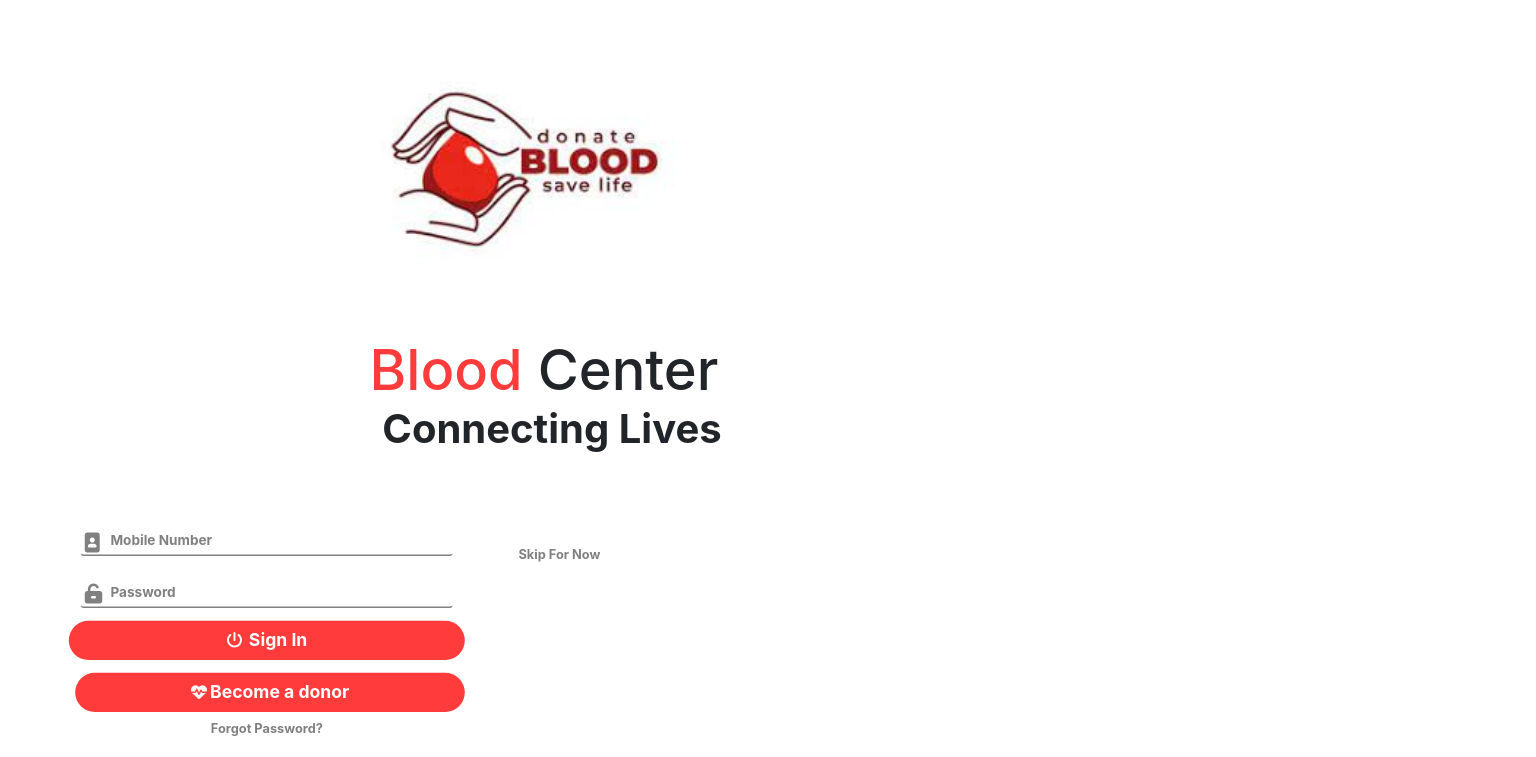
Repository: syedali042/jbds
Page: /
The author's editor kept a copy of each file at every save. The page is drawn from the files as they stood at one save, then again after the next save.
The browser window is 1280 px wide. The page is 1920 px wide, then 1280 px, so the pictures cover 1920 px, including what lies to the right of the window. The pictures show the whole page, at 80% of full size.
Some web libraries are served in a nearby version. The project was rebuilt for these pictures with package versions that can differ from the ones it lists, and the page was loaded fresh each time. Also part of the build but not shown: src/components/Header.js, src/components/About.js, src/components/Register.js, src/components/Header2.js, src/components/Home.js, src/components/Header4.js, src/components/Request.js, src/components/Header3.js and 1 more.

Above is the page before, as saved 2021-11-09 20:41:17.

### public/index.html
<!DOCTYPE html>
<html lang="en">
  <head>
    <meta charset="utf-8" />
    <link rel="icon" href="%PUBLIC_URL%/favicon.ico" />
    <meta name="viewport" content="width=device-width, initial-scale=1" />
    <meta name="theme-color" content="#000000" />
    <meta
      name="description"
      content="Web site created using create-react-app"
    />
    <!--FontAwesome-->
    <script src="https://kit.fontawesome.com/f4576591a8.js" crossorigin="anonymous"></script>
    <!--FontAwesome ends-->
    <!--bootstrap-->
    <link rel="stylesheet" href="https://maxcdn.bootstrapcdn.com/bootstrap/4.0.0/css/bootstrap.min.css"
      integrity="sha384-Gn5384xqQ1aoWXA+058RXPxPg6fy4IWvTNh0E263XmFcJlSAwiGgFAW/dAiS6JXm" crossorigin="anonymous">
    <!--bootstrap ends-->
    <link rel="apple-touch-icon" href="%PUBLIC_URL%/logo192.png" />
    <!--
      manifest.json provides metadata used when your web app is installed on a
      user's mobile device or desktop. See https://developers.google.com/web/fundamentals/web-app-manifest/
    -->
    <link rel="manifest" href="%PUBLIC_URL%/manifest.json" />
    <!--
      Notice the use of %PUBLIC_URL% in the tags above.
      It will be replaced with the URL of the `public` folder during the build.
      Only files inside the `public` folder can be referenced from the HTML.

      Unlike "/favicon.ico" or "favicon.ico", "%PUBLIC_URL%/favicon.ico" will
      work correctly both with client-side routing and a non-root public URL.
      Learn how to configure a non-root public URL by running `npm run build`.
    -->
    <title>React App</title>
  </head>
  <body>
    <noscript>You need to enable JavaScript to run this app.</noscript>
    <div id="root"></div>
    <!--Jquery-->
    <script src="https://code.jquery.com/jquery-3.2.1.slim.min.js"
      integrity="sha384-KJ3o2DKtIkvYIK3UENzmM7KCkRr/rE9/Qpg6aAZGJwFDMVNA/GpGFF93hXpG5KkN" crossorigin="anonymous"></script>
    <script src="https://cdnjs.cloudflare.com/ajax/libs/popper.js/1.12.9/umd/popper.min.js"
      integrity="sha384-ApNbgh9B+Y1QKtv3Rn7W3mgPxhU9K/ScQsAP7hUibX39j7fakFPskvXusvfa0b4Q" crossorigin="anonymous"></script>
    <script src="https://maxcdn.bootstrapcdn.com/bootstrap/4.0.0/js/bootstrap.min.js"
      integrity="sha384-JZR6Spejh4U02d8jOt6vLEHfe/JQGiRRSQQxSfFWpi1MquVdAyjUar5+76PVCmYl" crossorigin="anonymous"></script>
    <!--Jquery ends-->
  </body>
</html>

### src/App.js
import './App.css';
import Login from './components/Login';
import About from './components/About';
import Register from './components/Register';
import Home from './components/Home';
import Request from './components/Request';
import Create from './components/Create';
import {
  BrowserRouter as Router,
  Switch,
  Route,
  Link
} from "react-router-dom";


function App() {
  return (
    <Router>
      <Switch>
        <Route path="/About">
          <About/>
        </Route>
        <Route path="/Login">
          <Login />
        </Route>
        <Route path="/Register">
          <Register />
        </Route>
        <Route path="/Create">
          <Create />
        </Route>
        <Route path="/Request">
          <Request />
        </Route>
        <Route path="/Home">
          <Home />
        </Route>
        <Route path="/">
          <Login />
        </Route>
      </Switch>
    </Router>
  );
}

export default App;

### src/App.css
*{
  margin: 0;
  padding: 0;
}
.con{
  font-size: 25px;
  font-weight: bold;
  position: relative;
  bottom: 35px;
  padding: 5px;
}
.em{
  border: none;
  border-bottom: 2px solid gray;
}
.pass{
  border: none;
  border-bottom: 2px solid gray;
}
.placehorder::placeholder {
  font-weight: bolder;
  color: gray;
  position: relative;
  left: 25px;
  font-size: 17px;
}
.forgot{
  color: gray;
  font-weight: bolder;
}
.login{
  color: gray;
  font-weight: bolder;
}
.fa-portrait{
  font-size: 20px;
  position: relative;
  top: 30px;
  left: 5px;
  color: gray;
}
.fa-unlock-alt{
   font-size: 20px;
  position: relative;
  top: 30px;
  left: 5px;
  color: gray;
}
.sign{
  width: 230px;
  position: relative;
  font-size: 22px;
  border-radius: 30px;
  background-color: #FF3B3B;
  color: white;
  font-weight: bolder;
  border: none;
}
.fa-power-off{
  font-size: 20px;
  position: relative;

  color: white ;
}
.donor{
  width: 230px;
  position: relative;
  font-size: 22px;
  border-radius: 30px;
  background-color: #FF3B3B;
  color: white;
  font-weight: bolder;
  border: none;
  letter-spacing: o.1;
}
.fa-heartbeat{
   font-size: 20px;
  position: relative;

  color: white ;
}
@media screen and (max-width: 440px){

  .con{
  font-size: 20px;
  font-weight: bold;
  position: relative;
  bottom: 35px;
  padding: 5px;
}
.blood{
  font-size: 27px;
}
.formik{
  position: relative;
  bottom: 50px;
}
.pass{
  border: none;
  border-bottom: 2px solid gray;

}

.donor{
  width: 210px;
  position: relative;
  font-size: 22px;
  border-radius: 30px;
  background-color: #FF3B3B;
  color: white;
  font-weight: bolder;
  border: none;
  letter-spacing: o.1;
}
.sign{
  width: 210px;
  position: relative;
  font-size: 22px;
  border-radius: 30px;
  background-color: #FF3B3B;
  color: white;
  font-weight: bolder;
  border: none;
}

}
@media screen and (min-width: 768px){


  .img{
  position: relative;
  width: 400px;
  left: 40px;
}
  .con{
  font-size: 50px;
  font-weight: bold;
  position: relative;
  bottom: 35px;
  padding: 5px;
  left: 50px;
}
.blood{
  font-size: 70px;
  position: relative;
  left: 40px;
}

.name{
  border: none;
  border-bottom: 2px solid gray;
   margin-top: 10px;
  height: 70px;
}


.adress{
    border: none;
  border-bottom: 2px solid gray;
   margin-top: 10px;
  height: 70px;
}
input::placeholder {
  font-weight: bolder;
  color: gray;
  position: relative;
  left: 45px;
  font-size: 30px;
}
.fa-portrait{
  font-size: 25px;
  position: relative;
  top: 37px;
  left: 5px;
  color: gray;
}
.fa-unlock-alt{
   font-size: 25px;
  position: relative;
  top: 35px;
  left: 5px;
  color: gray;
}
.fa-mobile-alt{
    font-size: 30px;
  position: relative;
  top: 55px;
  left: 5px;
  color: gray;
}
.fa-map-marker-alt{
   font-size: 30px;
  position: relative;
  top: 55px;
  left: 5px;
  color: gray;
}
.fa-disease{
 font-size: 30px;
  position: relative;
  top: 55px;
  left: 5px;
  color: gray;
}

.sign{
  width: 300px;
  position: relative;
  font-size: 22px;
  border-radius: 30px;
  background-color: #FF3B3B;
  color: white;
  font-weight: bolder;
  border: none;
}

.donor{
  width: 300px;
  position: relative;

  font-size: 22px;
  border-radius: 30px;
  background-color: #FF3B3B;
  color: white;
  font-weight: bolder;
  border: none;
  letter-spacing: o.1;
}

}
.header{
  background-color: #FF3B3B;
  padding: 3px;
}
.fa-chevron-left{
  color: white;
}
.profile{
  color: white;

}
.kelly{
  font-size: 23px;
  font-weight: bolder;
}
.girl{
  width: 70px;
  border-radius: 50px;
  margin-left: 50px;
  position: relative;
  bottom: 10px;
}
.r1{
  margin-top: 40px;
}

.name{
  border: none;
  border-bottom: 2px solid gray;
}
.num{
   border: none;
  border-bottom: 2px solid gray;
}
.adress{
    border: none;
  border-bottom: 2px solid gray;
}
.r2{
  background-color: rgb(247, 238, 238);
  border-radius: 15px;
  border: 1px solid transparent;
}
.update{

  position: relative;
  font-size: 22px;
  border-radius: 30px;
  background-color: #FF3B3B;
  color: white;
  font-weight: bolder;
  border: none;
}
.fa-mobile-alt{
   font-size: 20px;
  position: relative;
  top: 30px;
  left: 5px;
  color: gray;
}
.bloodGroup{
   border: none;
  border-bottom: 2px solid gray;
}
.fa-disease{
  font-size: 20px;
  position: relative;
  top: 30px;
  left: 5px;
  color: gray;
}
.city{
  border: none;
  border-bottom: 2px solid gray;
}
.fa-map-marker-alt{
  font-size: 20px;
  position: relative;
  top: 30px;
  left: 5px;
  color: gray;
}
.fa-arrow-right{
   font-size: 30px;
  position: relative;
 top: 5px;
  color:white;
}
.bodyOfHeader2{
   background-color: #FF3B3B;
   color: white;
}
.fa-search{
  position: relative;
  left: 90%;
  bottom: 30px;
  color: gray;
  font-size: 25px;
}
.groups{
 display: flex;
 margin-left: 5px;
}
.groups >div {
  background-color: #FF3B3B;
  width: 30px;
  margin: 7px;
  text-align: center;
  font-size: 20px;
  color: white;
  border-radius: 5px;
}
.HomeRow{
  border-bottom: 1px solid gray;
}
.sidebar{
  width: 60%;
  height: 100vh;
  position: absolute;
  background-color: #FF3B3B ;
  z-index: 1;
}
.create{
  color: white;
  margin-right: 30px;
}
.conReq{
  margin-top: 20px;
  background-color: rgb(216, 220, 230);
  border-radius: 5px;
}

### src/components/Login.js
import React from 'react';
import {Formik} from 'formik';


function Login() {
    return (

            <div className="container">
                <div className="d-flex align-items-center justify-content-center">
                    <div>
                        <img src="./images/download.jfif" alt="there is no image" className="img"/>
                        <h2 className="blood text-center"><span style={{color:'#FF3B3B'}}>Blood</span> Center</h2><br>
                        </br>
                        <h5 className="con text-center">Connecting Lives</h5>
                    </div>
                </div>
                <div className="container">
                    <div className="row p-3">
                        <div>
                            <Formik
                                initialValues={{ email: '', password: '' }}
                                validate={values => {
                                    const errors = {};
                                    if (!values.email) {
                                        errors.email = 'Required';
                                    } else if (
                                        !/^[A-Z0-9._%+-]+@[A-Z0-9.-]+\.[A-Z]{2,}$/i.test(values.email)
                                    ) {
                                        errors.email = 'Invalid email address';
                                    }
                                    return errors;
                                }}
                                onSubmit={(values, { setSubmitting }) => {
                                    setTimeout(() => {
                                        alert(JSON.stringify(values, null, 2));
                                        setSubmitting(false);
                                    }, 400);
                                }}
                            >
                                {({
                                    values,
                                    errors,
                                    touched,
                                    handleChange,
                                    handleBlur,
                                    handleSubmit,
                                    isSubmitting,
                                    /* and other goodies */
                                }) => (
                                <form onSubmit={handleSubmit} className="formik">
                                    <i className="fas fa-portrait"></i>
                                        <input
                                        type="email" className="placehorder form-control em"
                                            name="email"
                                            onChange={handleChange}
                                            onBlur={handleBlur}
                                            value={values.email}
                                            placeholder="Mobile Number"

                                        />

                                        {errors.email && touched.email && errors.email}
                                    <i className="fas fa-unlock-alt"></i>
                                        <input
                                        type="password" className="placehorder form-control pass"
                                            name="password"
                                            onChange={handleChange}
                                            onBlur={handleBlur}
                                            value={values.password}
                                            placeholder="Password"
                                        />

                                        {errors.password && touched.password && errors.password}
                                    <div className="row d-flex align-items-center justify-content-center">
                                        <button type="submit" disabled={isSubmitting} className="sign p-2 mt-3 w-100">
                                            <i className="fas fa-power-off mr-2 "></i>Sign In
                                        </button>
                                        <button className="donor p-2 mt-3 ml-2 w-100">
                                            <i className="fas fa-heartbeat mr-1 "></i>Become a donor
                                        </button>
                                        <a href="#" className="forgot p-2">Forgot Password?</a>

                                    </div>

                                    </form>
                                )}
                            </Formik>
                        </div>
                    </div>
                </div>
                <div className="position-absolute" style={{bottom:15, width:'100%', left:'50%'}}>
                    <a href="/home" className="text-decoration-none forgot p-2">Skip For Now</a>
                </div>
            </div>
    )
}

export default Login

Loaded but not shown: src/index.js (common file); src/index.css (common file); src/reportWebVitals.js (common file)

After the next save:
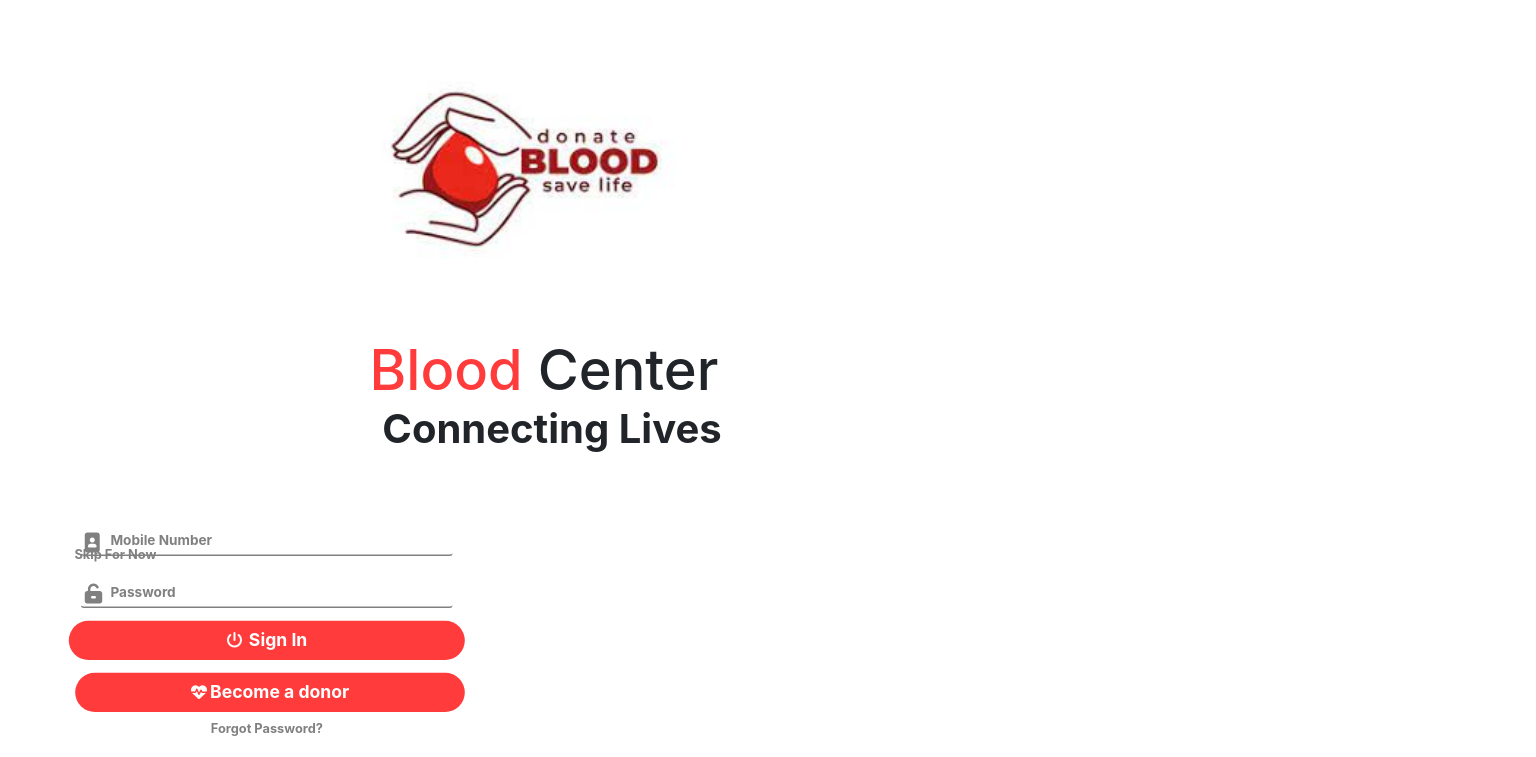
Saved 57 s later.
--- a/src/components/Login.js
+++ b/src/components/Login.js
@@ -88,7 +88,7 @@ function Login() {
                         </div>
                     </div>
                 </div>
-                <div className="position-absolute" style={{bottom:15, width:'100%', left:'50%'}}>
+                <div className="position-absolute" style={{bottom:15}}>
                     <a href="/home" className="text-decoration-none forgot p-2">Skip For Now</a>
                 </div>
             </div>
